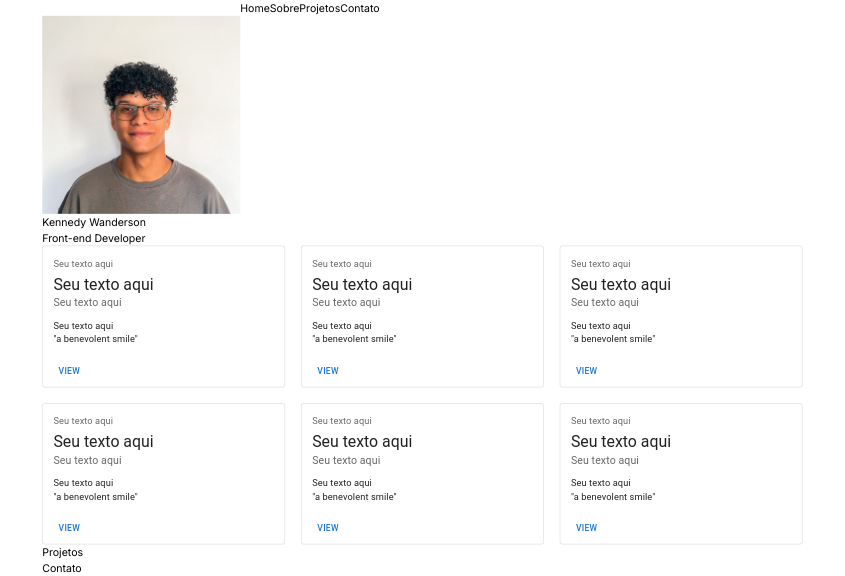
Repository: KennedyWanderson/landing
Page: /
These files come from the project's save history. The page is drawn as it stood at one moment and after a run of saves; the edit follows.
The browser window is 1280 px wide. The pictures show the whole page, at 66% of full size.
The project was rebuilt for these pictures with package versions that can differ from the ones it lists, and the page was loaded fresh each time. The framework's server and built-in components were replaced by stand-ins that run in the browser. Also part of the build but not shown: next.config.js.

Above is the page before, as saved 2024-01-04 10:53:07.

### src/app/page.tsx
import Content from "@/Components/Content";
import Header from "@/Components/Header";

export default function Home() {
  return (
    <div>
      <Content />
    </div>
  )
}

### src/Components/Content.tsx
import { Container } from "@mui/material";
import Header from "./Header";
import Image from "next/image";
import About from "./About";
import Projects from "./Projects";
import Contact from "./Contact";

export default function Content(){
    return(
        <Container>
            <Header />
            <div className="flex flex-col items-center p-5 shadow-md rounded-xl bg-gray-100">
                <div className="flex items-center justify-center tracking-wider space-x-6 ">
                    <Image className="rounded-full" src="/me.jpeg" alt="" width={300} height={300} />
                    <span className="font-bold font-mono no-italic text-2xl">Kennedy Wanderson <br></br> Front-end Developer</span>
                </div>
            </div>
            <div className="flex flex-col items-center">
                <About />
                <Projects />
                <Contact />
            </div>

        </Container>
    )
}

### src/Components/Header.tsx
import { Container } from "@mui/material";

export default function Header(){
    return(

        <Container maxWidth="sm">
            <div className="flex flex-col items-center m-5">
                <ul className="tracking-wider space-x-6">
                    <a href="#">
                        <span>Home</span>
                    </a>
                    <a href="#">
                        <span>Sobre</span>
                    </a>
                    <a href="#">
                        <span>Projetos</span>
                    </a>
                    <a href="#">
                        <span>Contato</span>
                    </a>
                </ul>
            </div>
        </Container>
    )
}

### src/Components/About.tsx
import * as React from 'react';
import { experimentalStyled as styled } from '@mui/material/styles';
import Box from '@mui/material/Box';
import Paper from '@mui/material/Paper';
import Grid from '@mui/material/Grid';
import OutlinedCard from './Card';

// Verifica se o código está rodando no lado do cliente antes de chamar experimentalStyled()
let Item;
if (typeof window !== 'undefined') {
    Item = styled(Paper)(({ theme }) => ({
        backgroundColor: theme.palette.mode === 'dark' ? '#1A2027' : '#fff',
        ...theme.typography.body2,
        padding: theme.spacing(2),
        textAlign: 'center',
        color: theme.palette.text.secondary,
    }));
} else {
    // Caso esteja no lado do servidor, define um componente vazio ou um fallback
    Item = ({ children }) => <div>{children}</div>;
}

const MyOutlinedCard = () => (
    <div className="flex flex-col items-center p-5 shadow-md rounded-xl bg-gray-100">
        <div className="flex items-center justify-center ">
            <OutlinedCard />
        </div>
    </div>
);

export default function ResponsiveGrid() {
    return (
        <Grid container spacing={{ xs: 2, md: 3 }} columns={{ xs: 4, sm: 8, md: 12 }}>
            {Array.from(Array(6)).map((_, index) => (
                <Grid item key={index} xs={2} sm={4} md={4}>
                    <MyOutlinedCard />
                </Grid>
            ))}
        </Grid>
    );
}

### src/Components/Projects.tsx

export default function Projects(){
    return(
        <div>
            Projetos
        </div>
    )
}

### src/Components/Contact.tsx

export default function Contact(){
    return(
        <div>
            Contato
        </div>
    )
}

### src/Components/Card.tsx
import * as React from 'react';
import Box from '@mui/material/Box';
import Card from '@mui/material/Card';
import CardActions from '@mui/material/CardActions';
import CardContent from '@mui/material/CardContent';
import Button from '@mui/material/Button';
import Typography from '@mui/material/Typography';

interface AboutProps {
    text: string;
    icone?: any;
    url?: string;
    className?: string;
    onClick?: (evento: any) => void;
}

function CardContentComponent(props: AboutProps) {
    return (
        <React.Fragment>
            <CardContent>
                <Typography sx={{ fontSize: 14 }} color="text.secondary" gutterBottom>
                    {props.text}
                </Typography>
                <Typography variant="h5" component="div">
                    {props.text}
                </Typography>
                <Typography sx={{ mb: 1.5 }} color="text.secondary">
                    {props.text}
                </Typography>
                <Typography variant="body2">
                    {props.text}
                    <br />
                    {'"a benevolent smile"'}
                </Typography>
            </CardContent>
            <CardActions>
                <Button size="small">View</Button>
            </CardActions>
        </React.Fragment>
    );
}

export default function OutlinedCard() {
    return (
        <Box sx={{ minWidth: 275 }}>
            <Card variant="outlined">
                {/* Chama o componente CardContentComponent dentro do Card */}
                <CardContentComponent text="Seu texto aqui" />
            </Card>
        </Box>
    );
}

Loaded but not shown: src/app/layout.tsx (common file); src/app/globals.css (common file); tailwind.config.ts (common file)

After the next 2 saves:
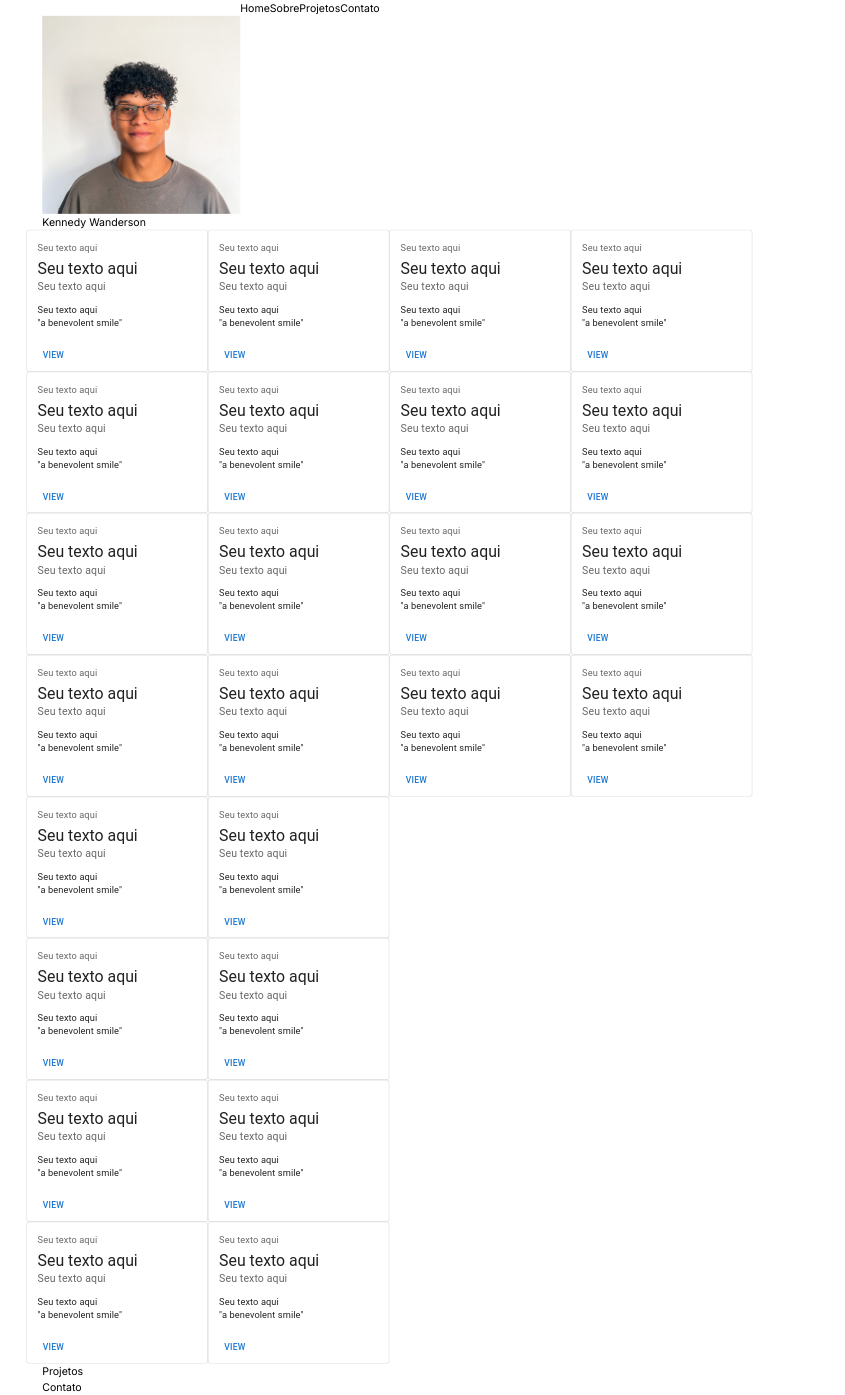
The 2 saves are shown as one change because they came seconds apart.
The last was saved 21 s later.
--- a/src/Components/About.tsx
+++ b/src/Components/About.tsx
@@ -20,22 +20,22 @@ if (typeof window !== 'undefined') {
     Item = ({ children }) => <div>{children}</div>;
 }
 
-const MyOutlinedCard = () => (
-    <div className="flex flex-col items-center p-5 shadow-md rounded-xl bg-gray-100">
-        <div className="flex items-center justify-center ">
-            <OutlinedCard />
-        </div>
-    </div>
-);
-
 export default function ResponsiveGrid() {
     return (
-        <Grid container spacing={{ xs: 2, md: 3 }} columns={{ xs: 4, sm: 8, md: 12 }}>
-            {Array.from(Array(6)).map((_, index) => (
-                <Grid item key={index} xs={2} sm={4} md={4}>
-                    <MyOutlinedCard />
-                </Grid>
-            ))}
-        </Grid>
+            <Grid container spacing={{ xs: 2, md: 3 }} columns={{ xs: 4, sm: 8, md: 12 }}>
+                {Array.from(Array(6)).map((_, index) => (
+                    <Grid key={index}>
+                            <div className="flex flex-col items-center p-5 shadow-md rounded-xl bg-gray-100">
+                                <div className="flex items-center justify-center ">
+                                    <OutlinedCard />
+                                    <OutlinedCard />
+                                    <OutlinedCard />
+                                    <OutlinedCard />
+
+                                </div>
+                            </div>
+                    </Grid>
+                ))}
+            </Grid>
     );
 }
